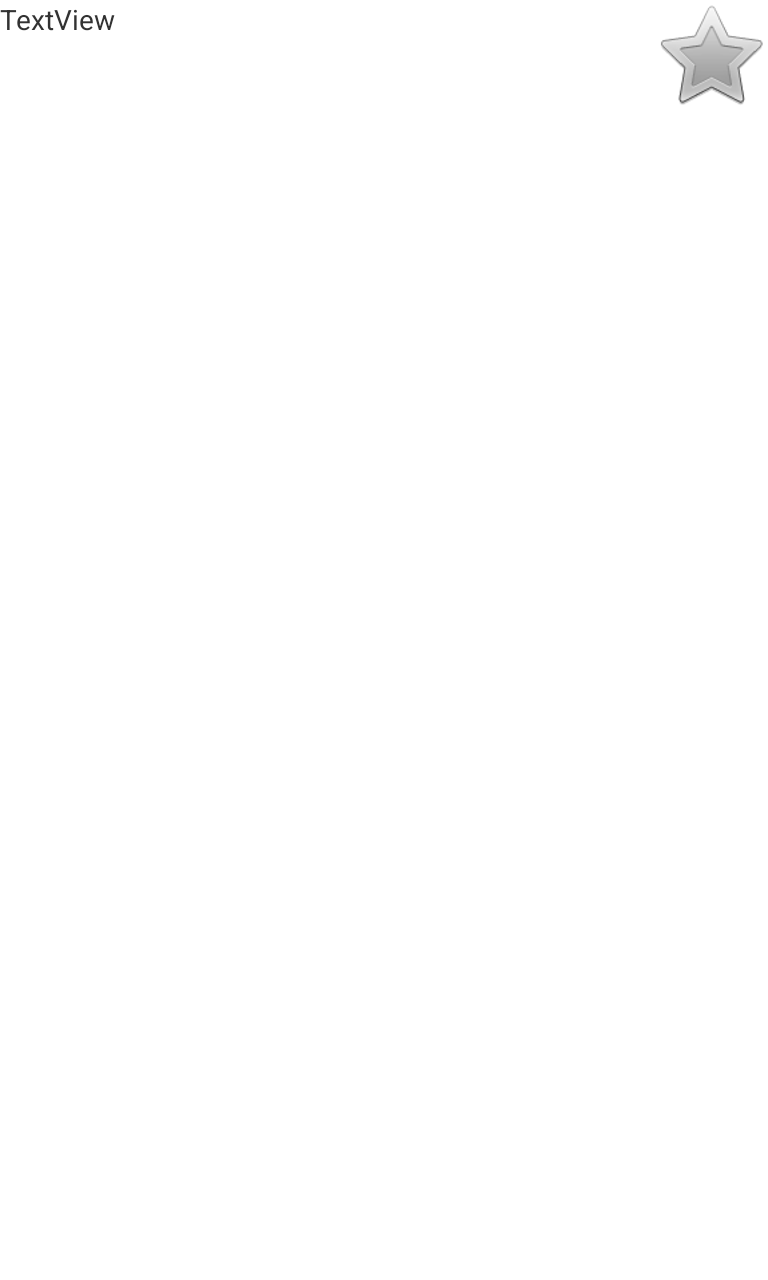
Repository: vinothsridhar/CrickBuzzChallenge
Layout: CricBuzzAndroidApp/res/layout/playlist_item.xml
These files come from the project's save history. The layout is drawn as it stood at one moment and after the next save; the edit follows.
It is drawn on a 768 x 1280 px phone screen (xhdpi) without system bars, with theme AppTheme; the app's code is not run.

Above is the layout before, as saved 2014-12-20 10:49:30.

After the next save:
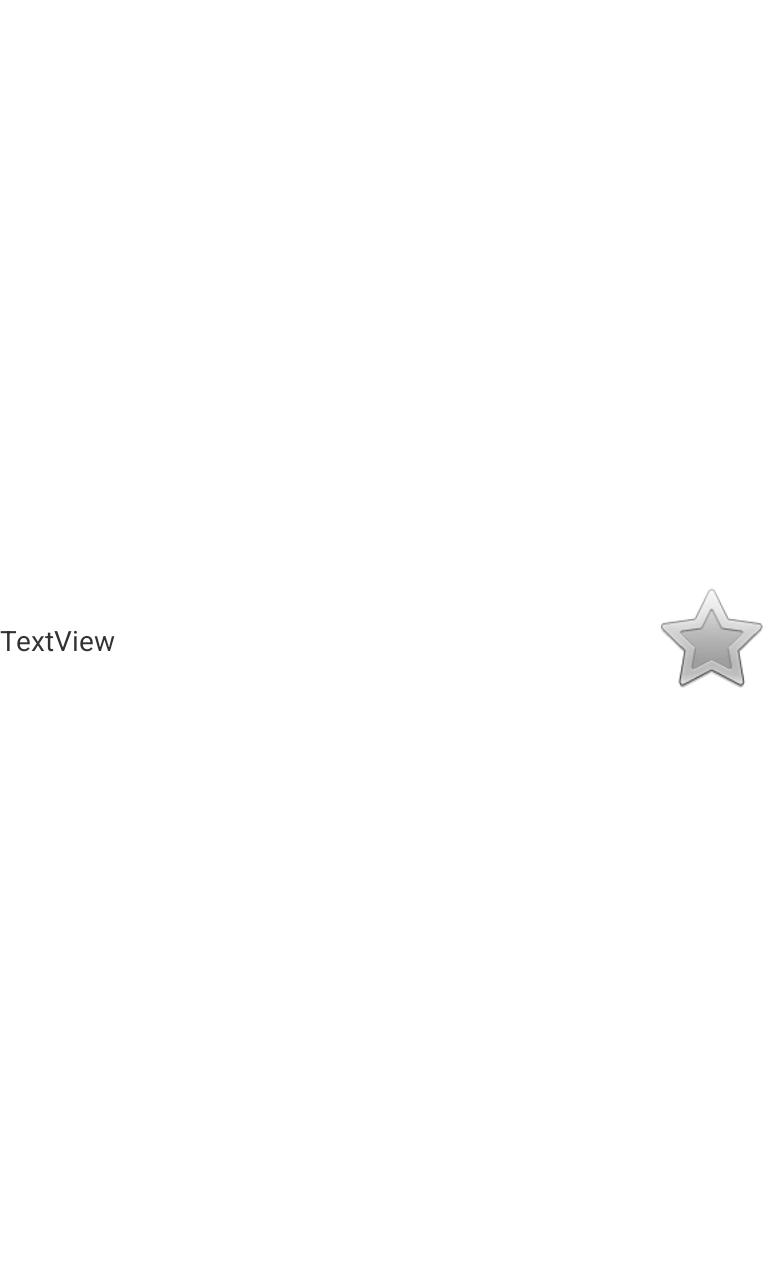
Saved 11 s later.
--- a/CricBuzzAndroidApp/res/layout/playlist_item.xml
+++ b/CricBuzzAndroidApp/res/layout/playlist_item.xml
@@ -3,6 +3,7 @@
     android:layout_width="match_parent"
     android:layout_height="match_parent"
     android:layout_gravity="center_vertical"
+    android:gravity="center_vertical"
     android:orientation="horizontal" >
 
     <TextView
